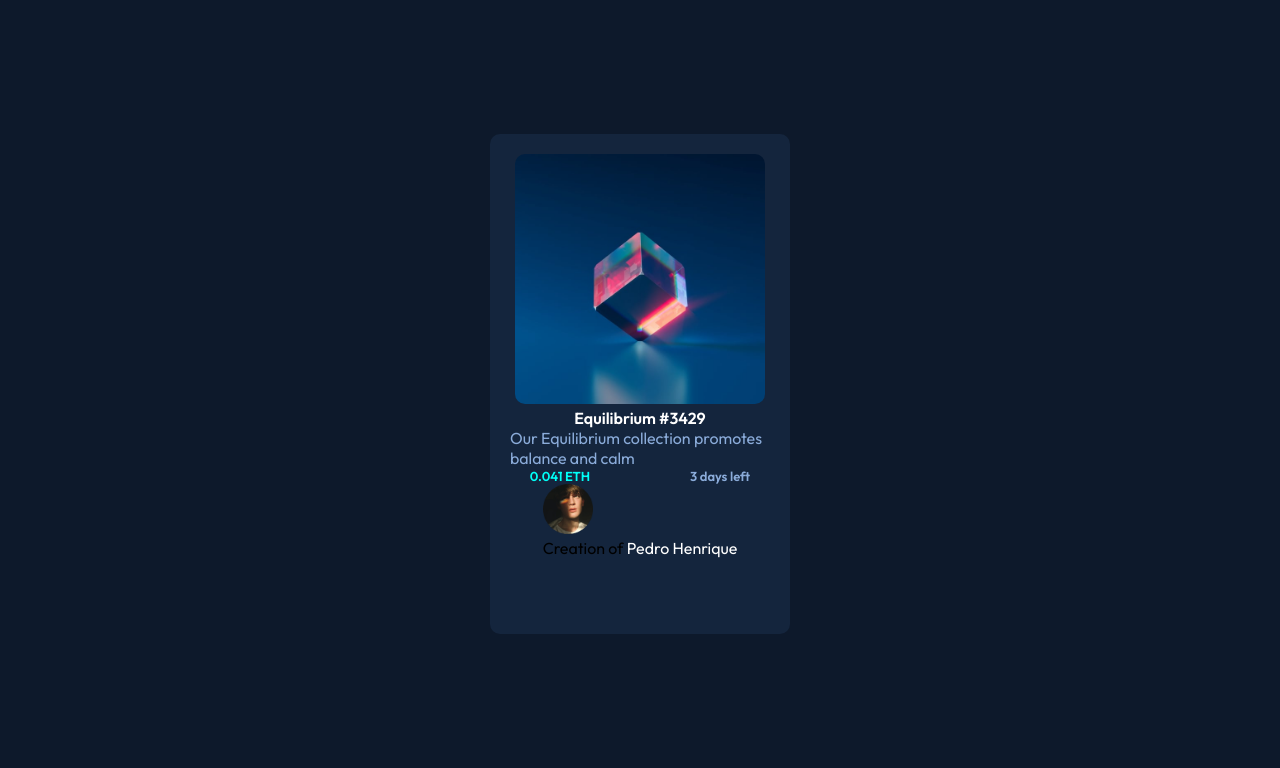
Repository: PedroHEAA/nft
Page: index.html
The author's editor kept a copy of each file at every save. The page is drawn from the files as they stood at one save, then again after the next save.
The browser window is 1280 px wide. The pictures show the whole page.

Above is the page before, as saved 2022-11-03 20:26:03.

### index.html
<!DOCTYPE html>
<html lang="en">
<head>
    <meta charset="UTF-8">
    <meta http-equiv="X-UA-Compatible" content="IE=edge">
    <meta name="viewport" content="width=device-width, initial-scale=1.0">
    <meta name="description" content="Esse é um projeto do front end mentor, para eu desenvolver habilidades técnicas para ficar cada dia melhor">
    <link rel="stylesheet" href="src/css/reset.css">
    <link rel="stylesheet" href="src/css/style.css">
    <link rel="stylesheet" href="src/css/variables.css">
    <link rel="shortcut icon" href="src/images/favicon-32x32.png" type="image/x-icon">
    <title>NFT - preview card component</title>
</head>
<body>
    <main class="container">
        <div class="card">

            <a href="#">
                <img src="src/images/image-equilibrium.jpg" alt="Equilibrium NFT image" width="250px">
            </a>

                <a href="#">
                    <h2 class="title">Equilibrium #3429</h2>
                </a>

                <p class="card-information">Our Equilibrium collection promotes balance and calm</p>

                <div class="info-elements">
                    <p class="angle"> 0.041 ETH</p>
                    <p class="days"> 3 days left</p>
                </div>

            <div class="creator">
                <img src="src/images/image-avatar.png" alt="NFT creator" width="50px">
                <p> Creation of <a href="#">Pedro Henrique</a></p>
            </div>
        </div>
    </main>
</body>
</html>

### src/css/reset.css
*{
    margin: 0;
    padding: 0;
    box-sizing: border-box;
}

a{
    text-decoration: none;
    color: var(--white);
}

### src/css/style.css
@import url('https://fonts.googleapis.com/css2?family=Outfit:wght@300;400;600&display=swap');

body{
    font-family: 'Outfit', sans-serif;
}

.container{
    max-width: 1366px;
    height: 768px;
    background-color: var(--main-color);
    display: flex;
    justify-content: center;
    align-items: center;

}

.card{
    background-color: var(--card-color);
    width: 300px;
    height: 500px;
    border-radius: 10px;
    display: flex;
    flex-direction: column;
    align-items: center;
    padding: 20px;
}

.card .title{
    font-size: 16px;
    display: flex;
    justify-content: flex-start;
}

.card .card-information{
    color: var(--secondary-color);
}

img{
    border-radius: 10px;
}

.info-elements{
    display: flex;
    justify-content: space-between;
    gap: 100px;
    font-size: 13px;
    font-weight: 600;
    margin-top: ;
}

.info-elements .angle{
    color: var(--angle-color);
    display: flex;
    gap: 4px;
}

.info-elements .days{
    color: var(--secondary-color);
    display: flex;
    gap: 4px;
}

### src/css/variables.css
:root{
    --main-color: hsl(217, 54%, 11%);
    --card-color: hsl(216, 50%, 16%);
    --line-color: hsl(215, 32%, 27%);
    --white: hsl(0, 0%, 100%);
    --angle-color: hsl(178, 100%, 50%);
    --secondary-color: hsl(215, 51%, 70%);
}

After the next save:
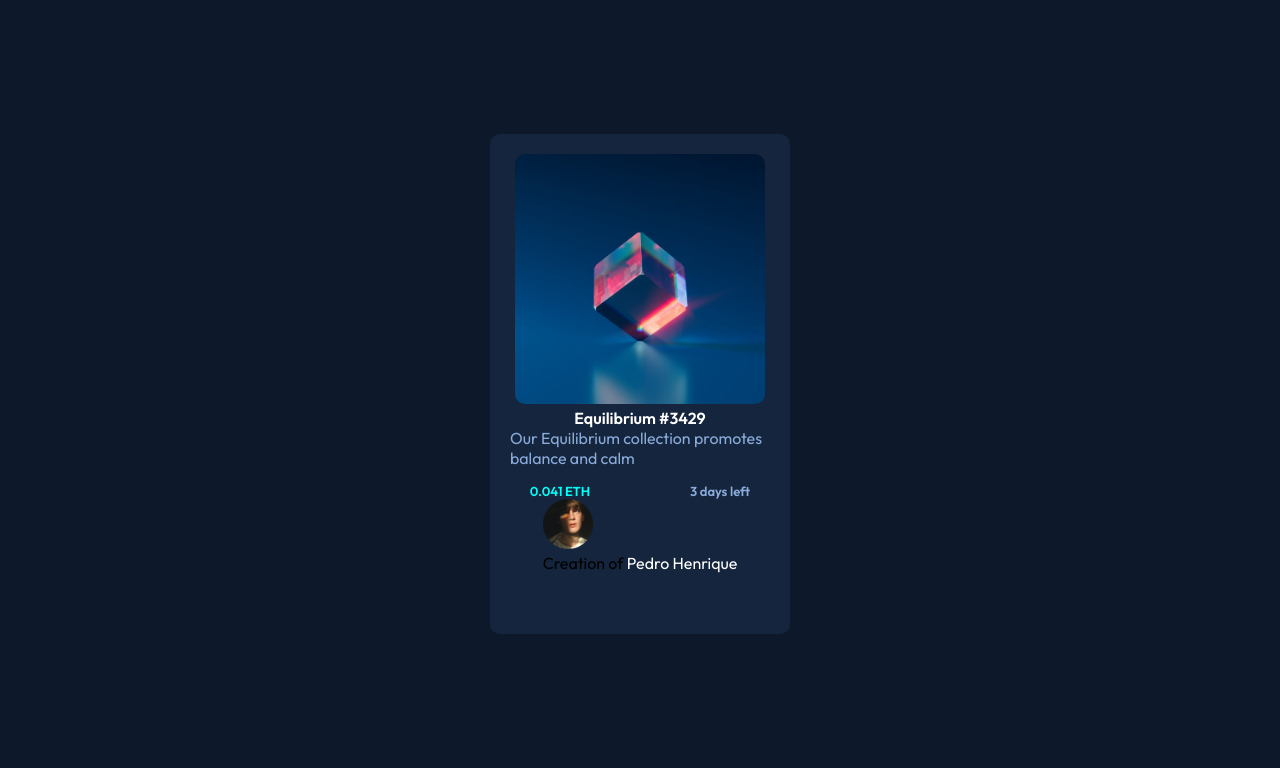
Saved 5 s later.
--- a/src/css/style.css
+++ b/src/css/style.css
@@ -45,7 +45,7 @@
     gap: 100px;
     font-size: 13px;
     font-weight: 600;
-    margin-top: ;
+    margin-top: 15px;
 }
 
 .info-elements .angle{
